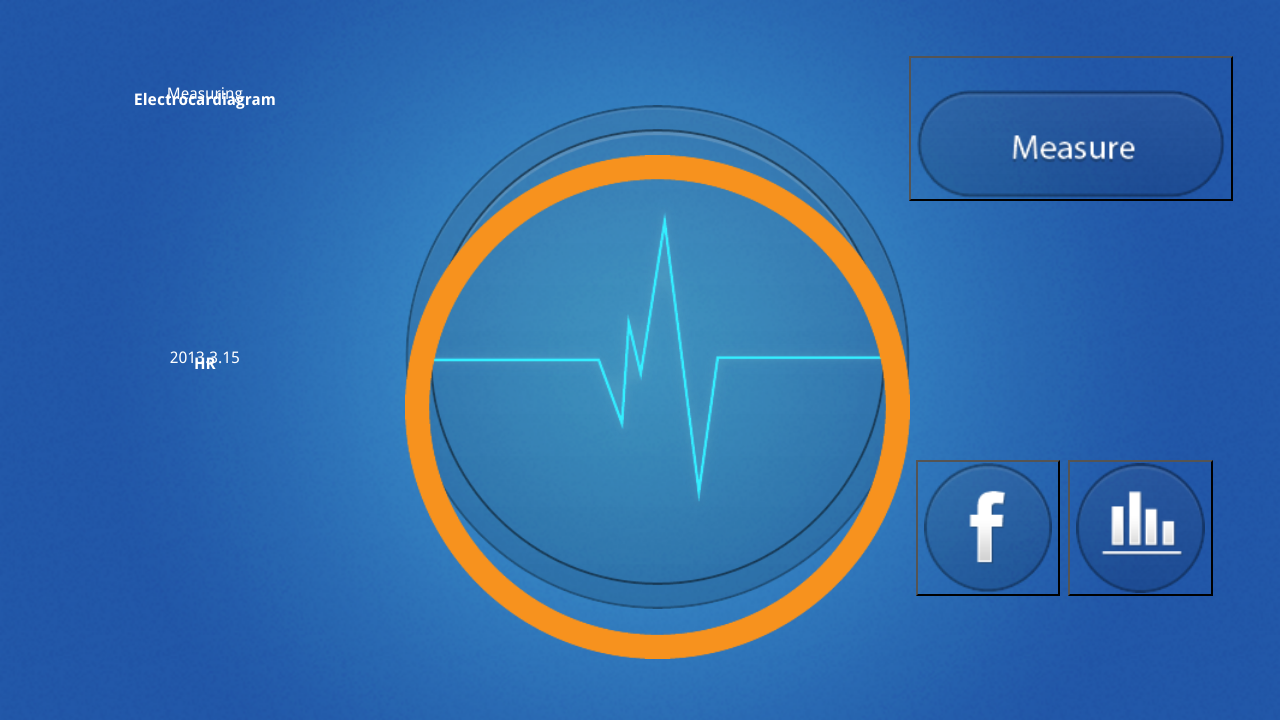
Repository: chouwill79131/IEcontest
Page: BluetoothChat/assets/main.html
These files come from the project's save history. The page is drawn as it stood at one moment and after the next save; the edit follows.
The browser window is 1280 px wide. The pictures show the whole page.

Above is the page before, as saved 2013-03-08 18:34:34.
Console error: TypeError: Cannot set properties of null (setting 'innerHTML')

### BluetoothChat/assets/main.html
<html>
  <head>
    <meta http-equiv="Content-Type" content="text/html; charset=utf-8"/>
    <link href="main.css" rel="stylesheet"/>
    <script src="jquery.js"></script>
    <script src="highcharts.js"></script>
    <script src="delay.js"></script>
    <script src="main.js"></script>
  </head>
  <body>
    <div id="main" >
    	<div class="left">
			<div class="text">
				<div class="word">Electrocardiagram</div><br />
				<div class="subword">Measuring</div><br />

				<div class="hr">HR</div><br />
				<div class="date">2013.3.15</div>
			</div>

		</div>

		<div class="mid">
			<img class="rhythm" src="button/rhythm.png" />
			<img class="circle" src="button/circle.png" />
		</div>

		<div class="right">
			<button class="measure"><img src="button/Measure.png" /></button><br />
			<button class="share" ><img src="button/Share.png" /></button>
			<button class="record"><img src="button/Record.png" /></button>
		</div>




	</div>
  </body>
</html>

### BluetoothChat/assets/main.css
@font-face {
    font-family: droidsans;
    src: url(fonts/droidsans.ttf);
}

@font-face {
    font-family: DroidSans-Bold;
    src: url(fonts/DroidSans-Bold.ttf);
}

@font-face {
    font-family: DroidSans-Italic;
    src: url(fonts/DroidSans-Italic.ttf);
}


body { margin:0; padding:0; }
#main { width: auto; height: 100%; background-image: url(button/background.png); background-size: 100% 100%; }
.left, .mid, .right {float: left; height: 100%; }


.left {  width: 28%; padding-left:2%;}
.text, .hr , .date{ text-align: center; color:white;}
.word { margin-top: 25%;  font-family: DroidSans-Bold ;}
.subword, .date { margin-top:-12%; font-family: droidsans ;}
.hr {   margin-top: 65%;  font-family: DroidSans-Bold }
.date { font-family: droidsans ;}

.mid { width: 41%; }
.rhythm, .circle { width: auto; height:70%; margin-left: 4%; }
.rhythm { margin-top: 20%; z-index: 1; }
.circle { margin-top: -86.5%; z-index: 2; position: relative;}

.right { width: 29%; }
.right button { float: left;  background: transparent; }
.measure img {margin-top: 10%; width: auto;  height:15%; }
.share img, .record img { width: auto;  height:18%; }
.measure { margin-left: 0%; margin-top: 15%; }
.share, .record { margin-top: 70%; margin-left: 2%; }


<!--
border? font? .record_top
-->

### BluetoothChat/assets/delay.js

$(function(){
setTimeout(function(){
$.getScript("dy_chart.js");
},200)
})

### BluetoothChat/assets/main.js
var chart;
var step = 0.01;	//step0.008每秒125點	//0.005極限
var xstart = step;
var hr = "--";
var score = "--";
var index;
$(document).ready(function ready() {

    var s = "";
    var theDate = new Date();
    s += theDate.getYear()+1900 + ".";                //  年
    s += (theDate.getMonth() + 1) + ".";				// 月
    s += theDate.getDate(); 							// 日
    document.getElementById("date").innerHTML = s;
    index = document.getElementById("main").innerHTML; //保留首頁

    $(".measure").live("click", function() {
      measure();
    }); //click .measure


}); //(document).ready

function shared(){
	view1 = document.getElementById("rhythm").innerHTML;
	document.getElementById("rhythm").innerHTML = view1+'<img class="stop" src="button/complete.png" style="width:100%; margin-top: -50% ;z-index:5;position: relative;" />';
	$("#main").live("click", function() {
      document.getElementById("rhythm").innerHTML = view1;
    });
}

function complete(hr1,score1){
  hr = hr1;
  score = score1;
  view = document.getElementById("dy_chart").innerHTML;
  document.getElementById("dy_chart").innerHTML = view+'<img class="stop" src="button/Completed.png" style="width:50%; margin: -20% 0% 0% 25%; z-index:2;position: relative;" />';
  $(".stop").html('<img src="button/Continue.png" />');
}

function addSomething(a) {
  for (var i in a){
    chart.series[0].addPoint([xstart,a[i]],false,true);
    xstart += step;
  }
  chart.redraw();
}

function history(history){
	view2 = document.getElementById("main").innerHTML;
    $("#main").html(
    '<div class="main1">'+
	'<div class="contain">'+
	'<div id="dy_chart" style="z-index:1;position: relative;"></div>'+
	'</div>'+
	'<div id="foot">'+
	'<button class="stop">'+
	'<img src="button/Back.png" />'+
	'</button>'+
	'</div>'+
    '</div>'
    );

    Highcharts.setOptions({
      global: {
	useUTC: true
      }
    });

    hischart = new Highcharts.Chart({
      chart: {
		renderTo: 'dy_chart',
		backgroundColor: 'transparent',
		type: 'line',
      },
      title: {
		style:{ color: '#FFFFFF'},
		text: 'Measure history',
      },
      credits: {			// highchart.com
		enabled:false
      },
      legend: {  			// 線的標示
        enabled: false
      },
      xAxis: {
      	type: 'datetime',
		dateTimeLabelFormats: { // don't display the dummy year
	  		month: '%e. %b',
	  		year: '%b'
		},
		lineColor: '#FFFFFF',
		labels: {
	  		style: {
				color: '#FFFFFF',
			}
		}
	  },
	  yAxis: {
	    title: {text: 'Feeling',
	    			style: {
						color: '#FFFFFF',
					}
				},
	  	gridLineColor: '#FFFFFF',
	  	labels: {
	  		style: {
				color: '#FFFFFF',
			}
		}
	  },
	  plotOptions: {
                line: {
                    dataLabels: {
                        enabled: true,
                        color: '#FFFFFF',
                    },
                    enableMouseTracking: true,
                }
      },
	series: [{
	  name: 'measure history',
	  color: '#FFFFFF',
	  data: history
	}],
    });

    $(".stop").live("click", function(){
 //     hr = "--";
      $(".main1").html(view2);
 //     document.getElementById("hr").innerHTML = hr;
    });
};// .record click

function measure(){
	xstart = 0.01;
	$("#main").html('<div class="main1">'+
		'<div class="contain">'+
		'<div id="dy_chart" style="z-index:1;position: relative;"></div>'+
		'</div>'+
		'<div id="foot">'+
		'<button class="stop" onclick="window.MyHandler.disconnect()">'+
		'<img src="button/Stop.png" />'+
		'</button>'+
		'</div>'+
      	'</div>');
    Highcharts.setOptions({
      global: {useUTC: true }
    });
    chart = new Highcharts.Chart({
      chart: {
		renderTo: 'dy_chart',
		backgroundColor: 'transparent',
		type: 'spline',
		marginRight: 10,
      },
      credits: {enabled:false},
      title: {
		style:{ color: '#FFFFFF'},
		text: 'Electrondiagram',
      },
      xAxis: {
		type: 'x Axis',
		style:{ color: '#FFFFFF'},
		tickPixelInterval: 100,
		lineColor: '#FFFFFF',
		labels: {style: {color: '#FFFFFF'}},
      },
      yAxis: {
      	title: {
      		text: 'Score',
      		style: {color: '#FFFFFF'}},
	  		gridLineColor: '#FFFFFF',
	  		labels: {style: {color: '#FFFFFF'}},
			//max:1500,
			//min:0,
			title: {
	  			style:{ color: '#FFFFFF'},
	  			text: 'PPG'
	  		},
			plotLines: [{value: 0,width: 1}]
      	},
      	legend: {enabled: false},
      	exporting: {enabled: false},
      	plotOptions: {
			spline: {
	  			lineWidth: 1,
	  			states: {
	    			hover: {
	      				enabled: false,
	      				lineWidth: 2
	    			}
	  			},
	  		marker: {
	    		enabled: false,
	    		states: {
	      			hover: {
						enabled: false,
	      			}
	    		}
	  		},
		}
      }, // yAxis
      series: [{
		name: 'Data',
		color: '#FFFFFF',
		data: (function() {
	  		var data = [];
	  		var step = 0.01;	//step0.008每秒125點	//0.005極限
			var xstart = step;
	  		for (var i = -4; i <= xstart; i+=step){data.push({x: i,y: 0 });}
	  		return data;
		})()
		}]
    }); //Highcharts

    hr = '--';
    score = '--';
    $(".stop").live("click",function() {
      $(".main1").html(index);
      document.getElementById("hr").innerHTML = hr;
      document.getElementById("rhythm").innerHTML = '<div id="score">'+score+'</div><img class="circle" src="button/circle.png" />';
    }); //click .stop
}

### BluetoothChat/assets/dy_chart.js
var chart;
var step = 0.01;	//step0.008每秒125點	//0.005極限
var xstart = step;
//a = Math.random();
var hr = 15;
var score = 80;
function complete(hr1,score1){
	hr = hr1;
	score = score1;
	view = document.getElementById("dy_chart").innerHTML;
	document.getElementById("dy_chart").innerHTML = view+'<img class="stop" src="button/60.png" style="width:50%; margin: -20% 0% 0% 25%; z-index:2;position: relative;" /><br />'+hr+',<br />'+score;
}

function addSomething(a) {
//	setInterval(function() {        			 // for testing feq
	for (var i in a){
		chart.series[0].addPoint([xstart,a[i]],false,true);
		xstart += step;
	}

	/**
	chart.series[0].addPoint([xstart,a],false,true);
	xstart += step;
	**/

	chart.redraw();
//	}, 1000);									// for testing feq
}



$(function () {
	$(".stop").click(function() {
	$(".main1").html('  <div id="main" >'+
    	'<div class="left">'+
			'<div class="text">'+
				'<div class="word">Electrocardiagram</div><br />'+
				'<div class="subword">Measuring</div><br />'+
				'<div class="hr">HR <span id="hr"></span></div>'+
				'<div id="date"></div>'+
			'</div>'+
		'</div>'+
		'<div class="mid" id="mid">'+
			'<div class="score">84</div>'+
			'<img class="circle" src="button/circle.png" />'+
		'</div>'+
		'<div class="right">'+
			'<button class="measure"><img src="button/Measure.png" /></button><br />'+
			'<button class="share" ><img src="button/Share.png" /></button>'+
			'<button class="record"><img src="button/Record.png" /></button>'+
		'</div>'+
	'</div>');
 // 		window.location.href = "complete.html";
	});
    $(document).ready(function() {
        Highcharts.setOptions({
            global: {
                useUTC: false
            }
        });

        chart = new Highcharts.Chart({
            chart: {
                renderTo: 'dy_chart',
                backgroundColor: 'transparent',
                type: 'spline',
                marginRight: 10,
            },
            credits: {
            enabled:false
            }
            ,
            title: {
            	style:{ color: '#FFFFFF'},
                text: 'Electrondiagram',
            },
            xAxis: {
                type: 'x Axis',
                style:{ color: '#FFFFFF'},
                tickPixelInterval: 150
            },
            yAxis: {
            	max:1500,
            	min:0,
                title: {
                	style:{ color: '#FFFFFF'},
                    text: 'Value'
                },
                plotLines: [{
                    value: 0,
                    width: 1,
                }]
            },

            legend: {
                enabled: false
            },
            exporting: {
                enabled: false
            },
	    plotOptions: {
                spline: {
                   lineWidth: 1,
                   states: {
                       hover: {
                       	enabled: false,
                        lineWidth: 2
                       }
                   },
                   marker: {
                      enabled: false,
                      states: {
                          hover: {
                             enabled: false,
                          }
                      }
                  },
               }
            },
            series: [{
                name: 'Data',
                color: '#FFFFFF',
                data: (function() {
                    // generate an array of random data
                    var data = [],
                        time = (new Date()).getTime(),i;

                    for (i = -4; i <= xstart; i+=step) {
                        data.push({
                            x: i,
                            y: 0
                        });
                    }
                    return data;
                })()
            }]
        });
    });
});

Loaded but not shown: BluetoothChat/assets/jquery.js (library); BluetoothChat/assets/highcharts.js (library)

After the next save:
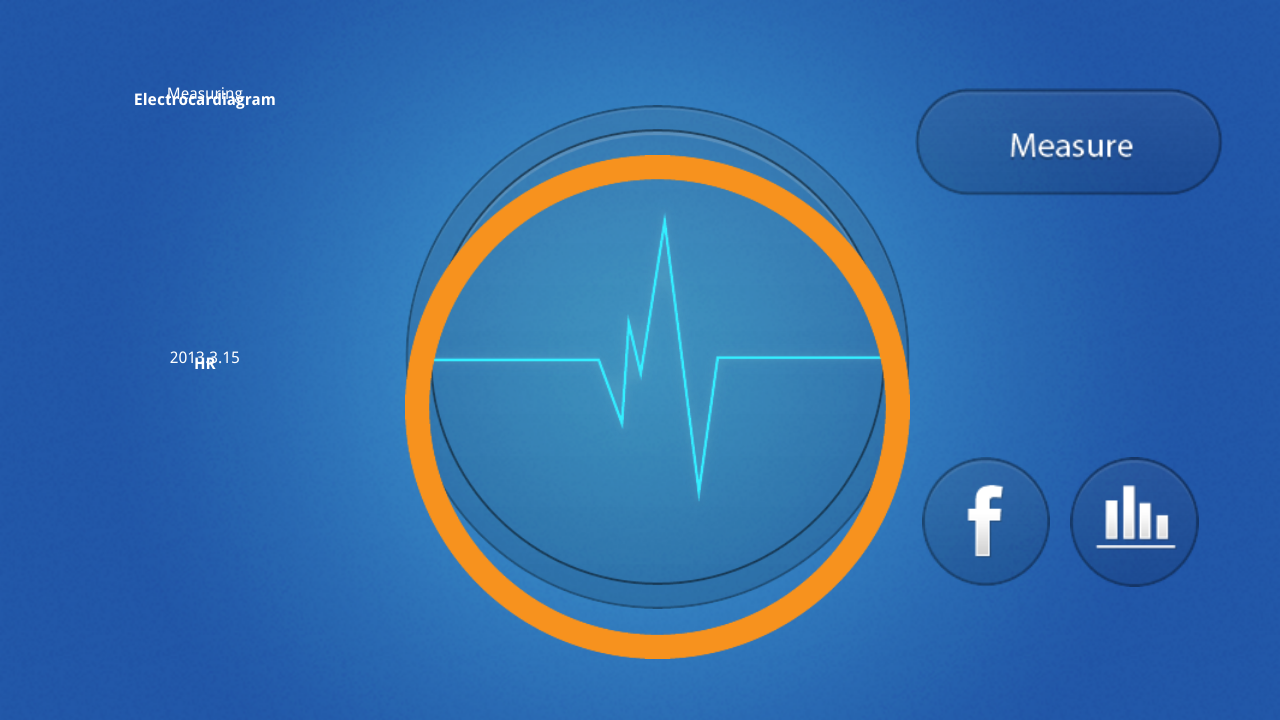
Saved 102 s later.
--- a/BluetoothChat/assets/main.css
+++ b/BluetoothChat/assets/main.css
@@ -32,7 +32,7 @@ body { margin:0; padding:0; }
 .circle { margin-top: -86.5%; z-index: 2; position: relative;}
 
 .right { width: 29%; }
-.right button { float: left;  background: transparent; }
+.right button { float: left; border: none; background: transparent;width:auto; }
 .measure img {margin-top: 10%; width: auto;  height:15%; }
 .share img, .record img { width: auto;  height:18%; }
 .measure { margin-left: 0%; margin-top: 15%; }
